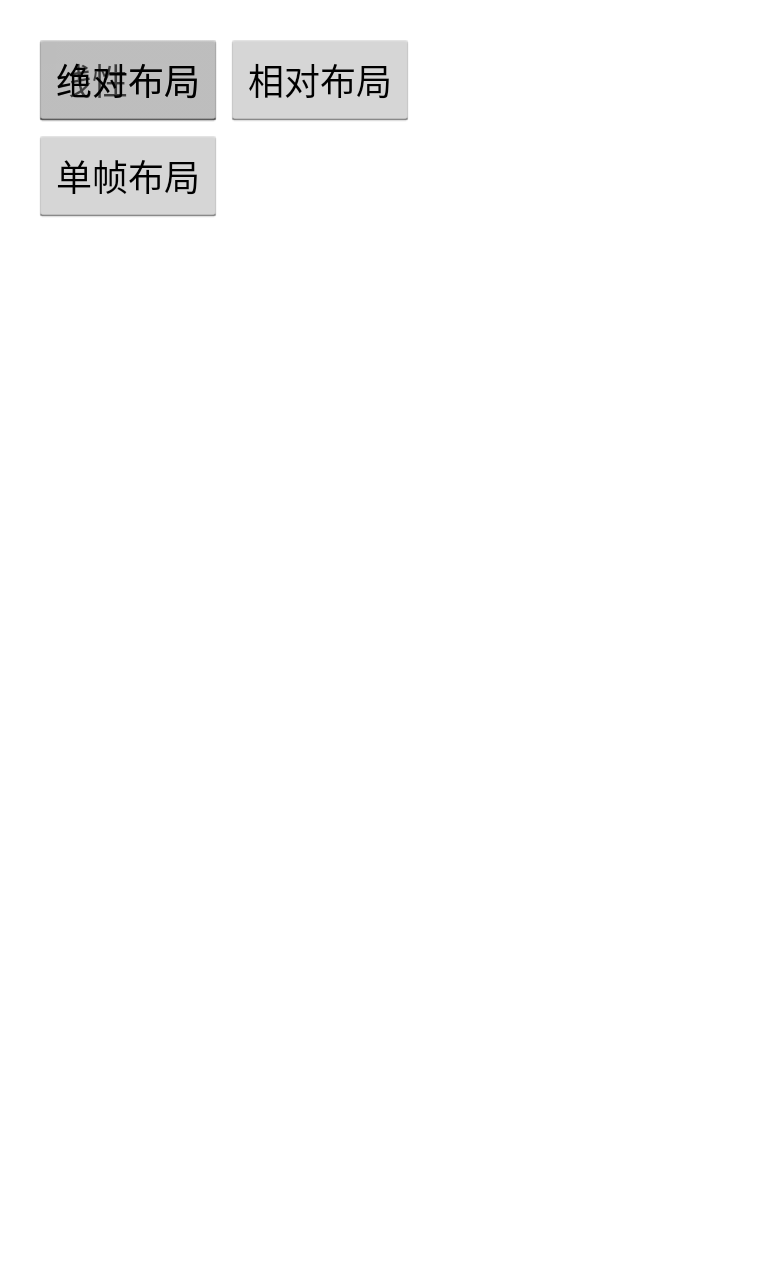
Repository: treizeor/android-examples
Layout: Ch003Layouts/res/layout/relativelayout_main.xml
An editor plug-in stored every save of this project. The layout is shown before and after the next save, followed by the edit.
It is drawn on a 768 x 1280 px phone screen (xhdpi) without system bars, with theme AppTheme; the app's code is not run.

Above is the layout before, as saved 2014-06-02 03:01:01.

After the next save:
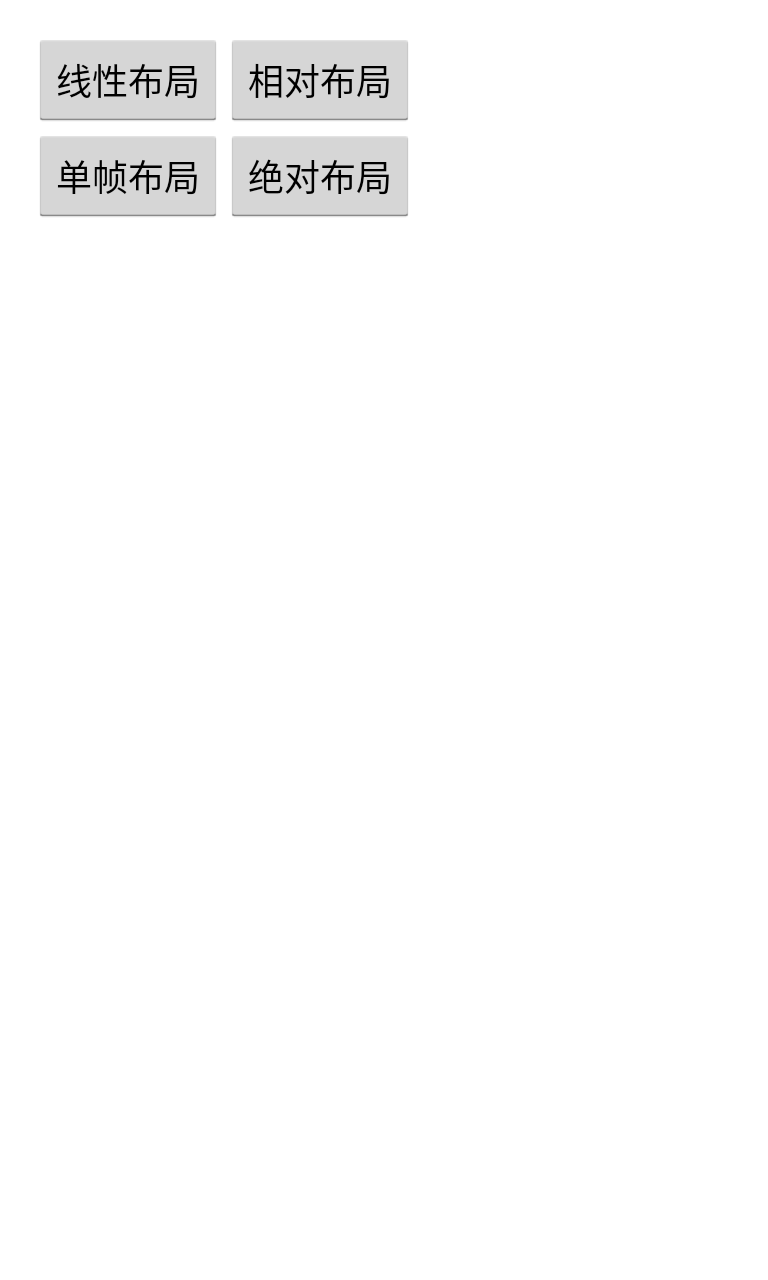
Saved 58 s later.
--- a/Ch003Layouts/res/layout/relativelayout_main.xml
+++ b/Ch003Layouts/res/layout/relativelayout_main.xml
@@ -32,5 +32,7 @@
         android:id="@+id/abs"
         android:layout_width="wrap_content"
         android:layout_height="wrap_content"
+        android:layout_below="@id/linear"
+        android:layout_toRightOf="@id/linear"
         android:text="@string/abs" />
 </RelativeLayout>
